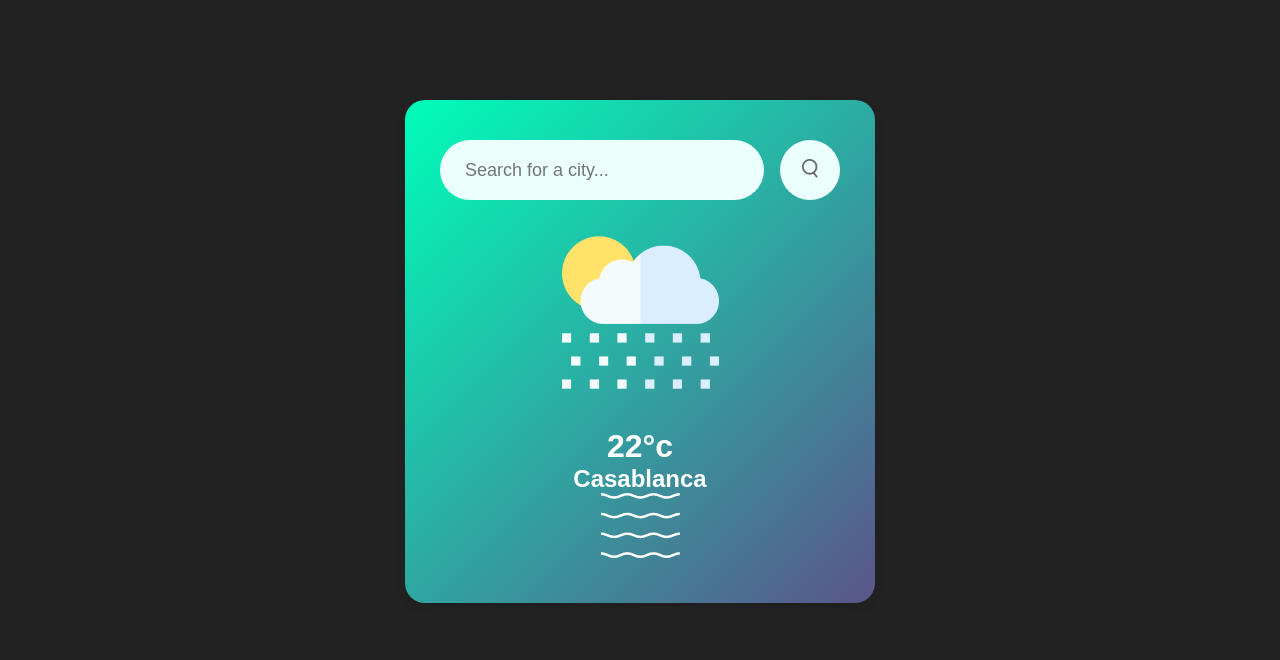
Repository: Abdelilah-Lakrim/Weather-App
Page: index.html
These files come from the project's save history. The page is drawn as it stood at one moment and after the next save; the edit follows.
The browser window is 1280 px wide. The pictures show the whole page.

Above is the page before, as saved 2025-06-17 11:13:24.

### index.html
<!DOCTYPE html>
<html>
<head>
    <meta charset="UTF-8" />
    <title>Weather App</title>
    <link rel="stylesheet" href="style.css" >
</head>
<body>

    <div class="card">
        <div class="search">
            <input type="text" placeholder="Search for a city..." spellcheck="false" />
            <button><img src="images/search.png"></button>
        </div>
        <div class="weather">
            <img src="images/rain.png" class="weather-icon">
            <h1 class="temp">22°c</h1>
            <h2 class="city">Casablanca</h2>
            <div class="details">
                <div class="col">
                    <img src="images/humidity.png">
                    <div>

                    </div>
                </div>
            </div>
        </div>
    </div>

</body>
</html>

### style.css
*{
    margin: 0;
    padding: 0;
    font-family: 'Poppins', sans-serif;
    box-sizing: border-box;
}
body{
    background-color: #222;
    color: #333;
}
.card{
    width: 90%;
    max-width: 470px;
    background: linear-gradient(135deg, #00feba, #5b548a);
    color: #fff;
    margin: 100px auto  0;
    padding: 40px 35px;
    border-radius: 20px;
    box-shadow: 0 4px 8px rgba(0, 0, 0, 0.1);
    overflow: hidden;
    position: relative;
    text-align: center;
}
.search{
    width: 100%;
    display: flex;
    align-items: center;
    justify-content: space-between;
}

.search input{
    border: 0;
    outline: 0;
    background: #ebfffc;
    color: #333;
    padding: 10px 25px;
    height: 60px;
    border-radius: 30px;
    flex: 1;
    margin-right: 16px;
    font-size: 18px;
}

.search button{
    border: 0;
    outline: 0;
    background: #ebfffc;
    height: 60px;
    width: 60px;
    border-radius: 50px;
    cursor: pointer;
}
.search button img{
    width: 16px;
}

After the next save:
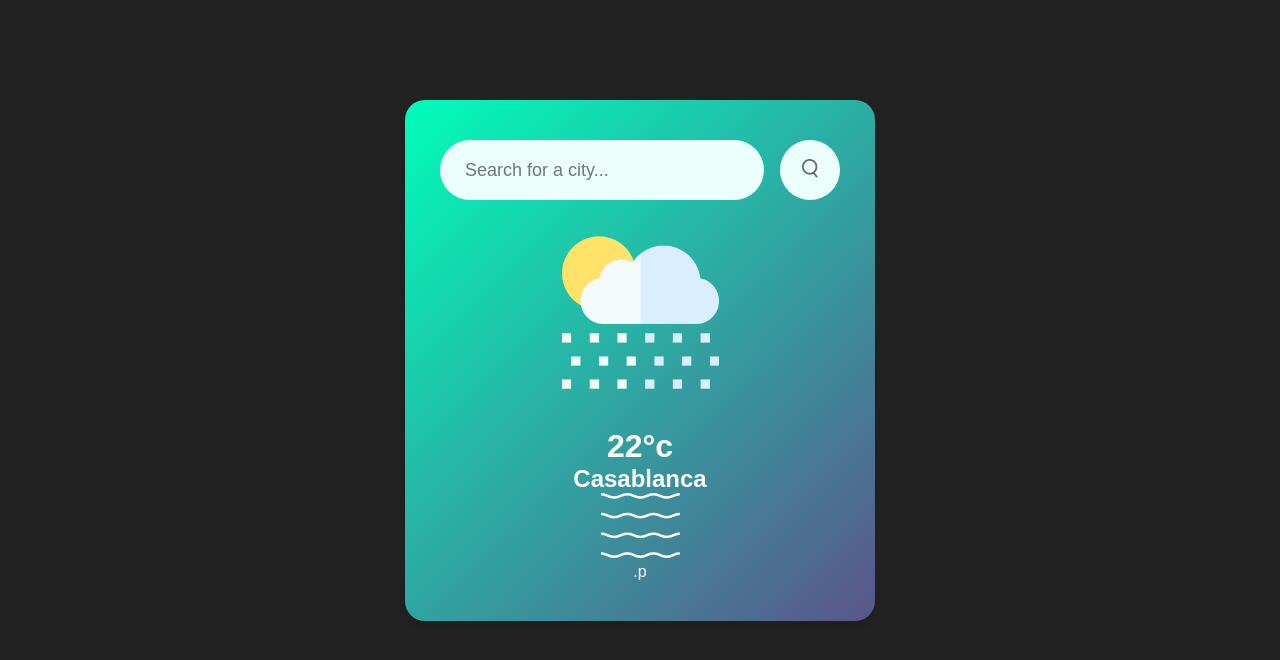
Saved 16 s later.
--- a/index.html
+++ b/index.html
@@ -20,7 +20,7 @@
                 <div class="col">
                     <img src="images/humidity.png">
                     <div>
-
+                        .p
                     </div>
                 </div>
             </div>

After the 2 saves that followed:
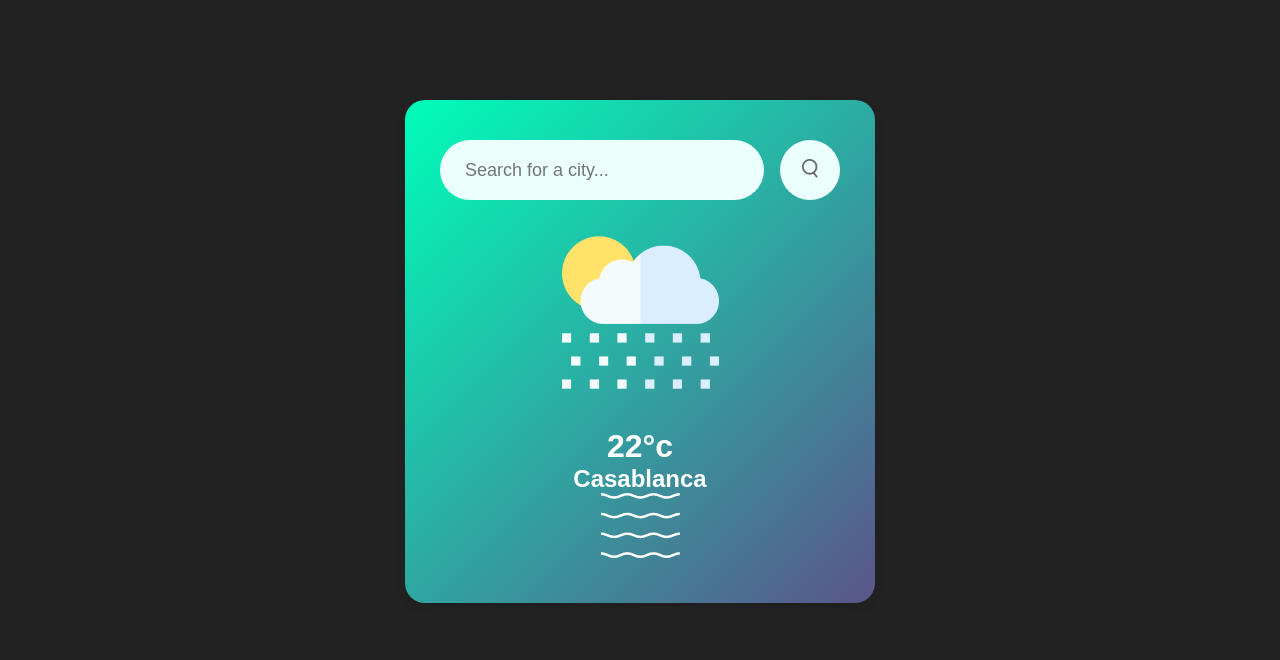
The 2 saves are shown as one change because they came seconds apart.
The last was saved 8 s later.
--- a/index.html
+++ b/index.html
@@ -20,7 +20,7 @@
                 <div class="col">
                     <img src="images/humidity.png">
                     <div>
-                        .p
+                        <p class="humidity"></p>
                     </div>
                 </div>
             </div>
